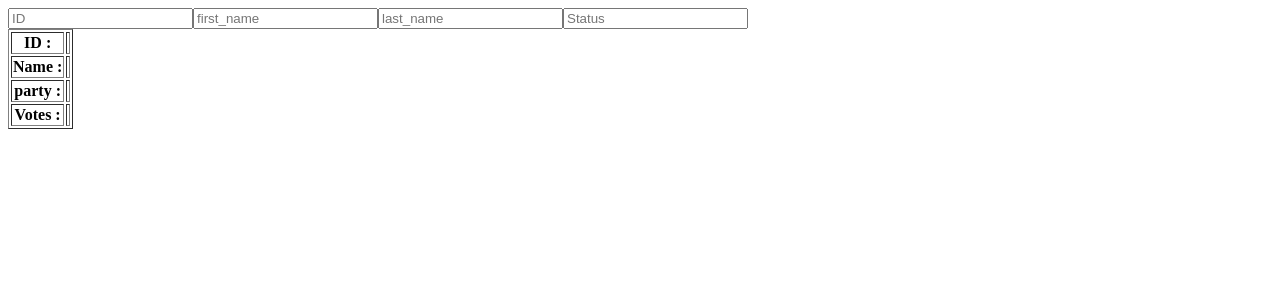
Repository: KD3-86718-yagywalky/Advance-java
Page: Assignment02/secondapp/src/main/webapp/newcandidate.html
The author's editor kept a copy of each file at every save. The page is drawn from the files as they stood at one save, then again after the next save.
The browser window is 1280 px wide. The pictures show the whole page.

Above is the page before, as saved 2024-12-03 14:08:46.

After the next save:
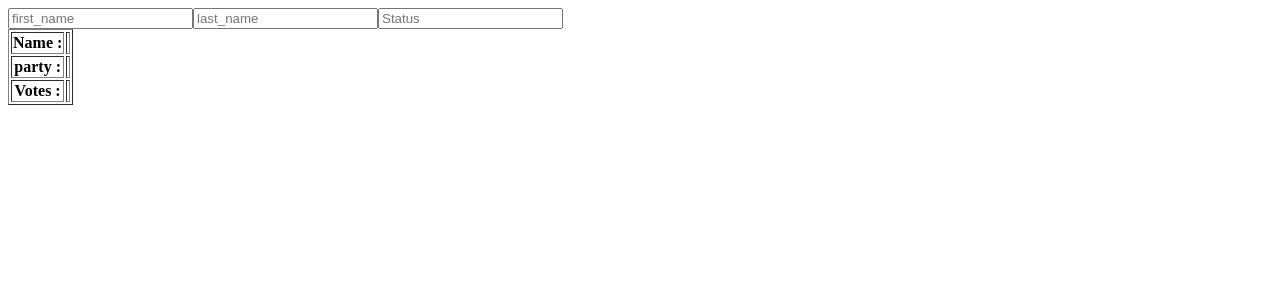
Saved 1 s later.
--- a/Assignment02/secondapp/src/main/webapp/newcandidate.html
+++ b/Assignment02/secondapp/src/main/webapp/newcandidate.html
@@ -8,7 +8,6 @@
 <body>
 
 <table border="1">
-	<tr> <th>ID :</th> <input type="number" placeholder="ID" /> <th></th></tr>
 	<tr> <th>Name :</th> <input type="text" placeholder="first_name" /> <th></th></tr>
 	<tr> <th>party :</th> <input type="text" placeholder="last_name" /> <th></th></tr>
 	<tr> <th> Votes   :</th> <input type="number" placeholder="Status" /> <th></th></tr>
